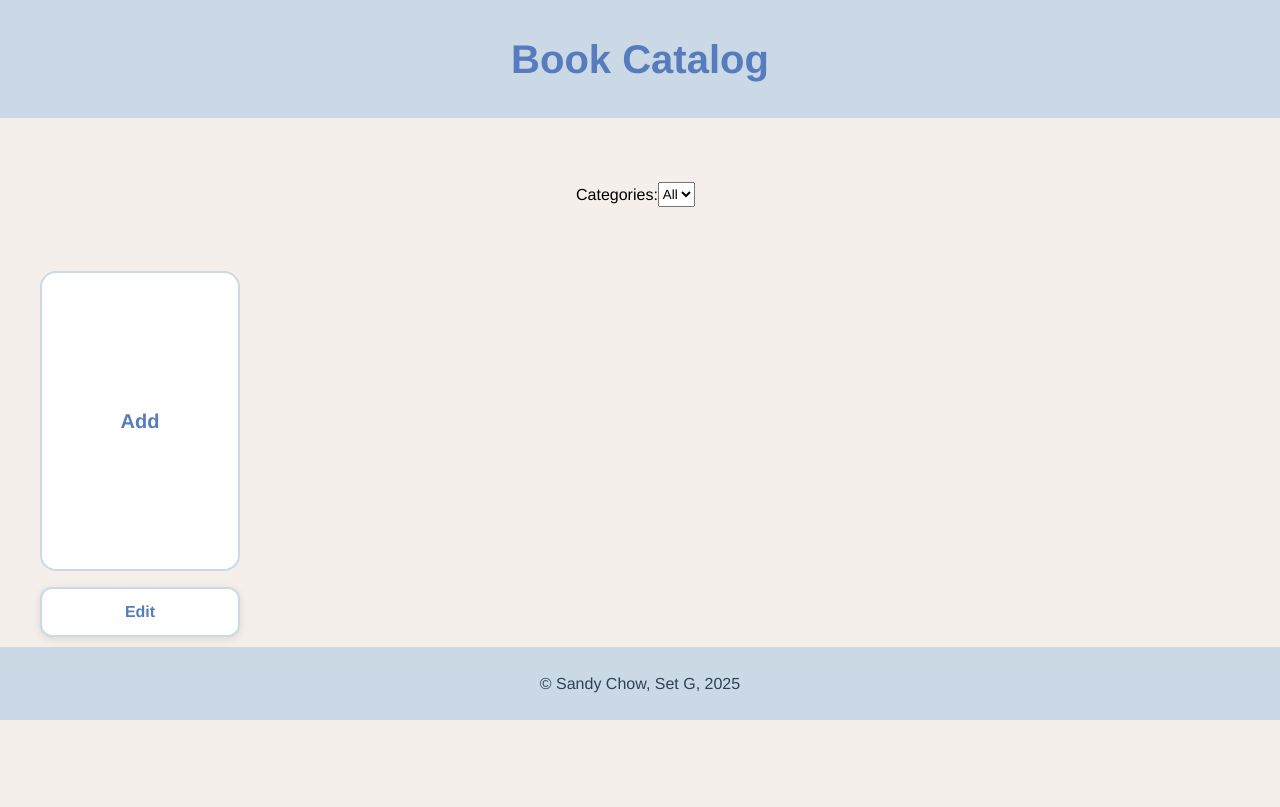
Repository: Bcit-sandy/COMP3170_Lab7
Page: /
The author's editor kept a copy of each file at every save. The page is drawn from the files as they stood at one save, then again after the next save.
The browser window is 1280 px wide. The pictures show the whole page.
The project was rebuilt for these pictures with package versions that can differ from the ones it lists, and the page was loaded fresh each time. Also part of the build but not shown: vite.config.js, src/components/Info.jsx, src/components/Book.jsx.

Above is the page before, as saved 2025-10-25 23:44:08.

### index.html
<!doctype html>
<html lang="en">
  <head>
    <meta charset="UTF-8" />
    <link rel="icon" type="image/svg+xml" href="/vite.svg" />
    <meta name="viewport" content="width=device-width, initial-scale=1.0" />
    <title>Book Catalog App</title>
  </head>
  <body>
    <div id="root"></div>
    <script type="module" src="/src/main.jsx"></script>
  </body>
</html>

### src/main.jsx
import { StrictMode } from 'react';
import { createRoot } from 'react-dom/client';
import './index.css';
import './components/Modal/Modal.css';
import App from './App.jsx';

createRoot(document.getElementById('root')).render(
  <StrictMode>
    <App />
  </StrictMode>,
)

### src/index.css
:root {
  --light-blue-color: #CBD9E6;
  --blue-color: #567cbd;
  --beige-color: #f5efeb;
  --dark-blue-color: #2f4156;
  --white-color: #ffffff;
}

*{
  font-family: Helvetica, sans-serif
}

body {
  margin: 0;
  padding: 0;
  line-height: 1.6;
}

.app-header {
  background-color: var(--light-blue-color);
  min-height: 12vh;
  display: flex;
  flex-direction: column;
  align-items: center;
  justify-content: center;
}

.app-name {
  font-size: 2.5rem;
  color: var(--blue-color);
}

.app-main {
  background: var(--beige-color);
  width: 100%;
  min-height: 70vh;
  display: flex;
  flex-direction: column;
  align-items: center;
  justify-content: center;
  padding: 2rem 0;
  flex-wrap: wrap;
}

.app-main-content {
  background: var(--white-color);
  min-height: 10vh;
  width: 100%;
  display: flex;
  flex-direction: column;
  align-items: center;
  justify-content: center;
  padding: 2rem;
  border-radius: 12px;
  margin: 1rem;
  max-width: 1000px;
  flex-wrap: wrap;
}

.learn-more {
  color: var(--blue-color);
  text-decoration: none;
  transition: all 0.3s ease;
}

.learn-more:hover {
  color: var(--dark-blue-color);
  text-decoration: underline;
}

.app-main-content-text {
  font-size: 16px;
  color: var(--dark-blue-color);
  font-weight: 400;
  text-align: center;
  max-width: 600px;
  line-height: 1.7;
}

.add-button {
  background: var(--white-color);
  color: var(--blue-color);
  border: 2px solid var(--light-blue-color);
  border-radius: 16px;
  width: 200px;
  height: 300px;
  display: flex;
  align-items: center;
  justify-content: center;
  cursor: pointer;
  transition: all 0.3s ease;
  font-size: 1.25rem;
  font-weight: 600;
  box-shadow: 0 4px 12px var(--shadow-light);
  position: relative;
  overflow: hidden;

}

.add-button:hover {
  background-color: var(--blue-color);
  color: var(--white-color);
  box-shadow: 0 4px 15px rgba(0, 0, 0, 0.2);
  transform: translateY(-2px);
}

/* Update and Delete Button Styles */
.update-button,
.delete-button {
  background: var(--white-color);
  color: var(--blue-color);
  border: 2px solid var(--light-blue-color);
  border-radius: 12px;
  width: 200px;
  height: 50px;
  display: flex;
  align-items: center;
  justify-content: center;
  cursor: pointer;
  transition: all 0.3s ease;
  font-size: 1rem;
  font-weight: 600;
  box-shadow: 0 2px 8px rgba(0, 0, 0, 0.1);
  position: relative;
  overflow: hidden;
}

.update-button:hover {
  background-color: var(--blue-color);
  color: var(--white-color);
  border-color: var(--blue-color);
  box-shadow: 0 4px 12px rgba(86, 124, 189, 0.3);
  transform: translateY(-2px);
}

.delete-button {
  background: var(--white-color);
  color: #d32f2f;
  border: 2px solid #ffcdd2;
}

.delete-button:hover {
  background-color: #d32f2f;
  color: var(--white-color);
  border-color: #d32f2f;
  box-shadow: 0 4px 12px rgba(211, 47, 47, 0.3);
  transform: translateY(-2px);
}

.update-button:active,
.delete-button:active {
  transform: translateY(0);
  box-shadow: 0 2px 6px rgba(0, 0, 0, 0.2);
}

.app-content-container {
  display: grid;
  grid-template-columns: 200px 1fr;
  gap: 2rem;
  margin: 2rem auto;
  width: 100%;
  max-width: 1200px;
  padding: 0 1rem;
  margin-bottom: 10vh;
  align-items: start;
  justify-items: start;
  justify-content: center;
}

.add-button-column {
  grid-column: 1;
  grid-row: 1/ -1;
  display: flex;
  flex-direction: column;
  justify-content: center;
  align-items: center;
  gap: 1rem;
}

.button-group {
  display: flex;
  flex-direction: column;
  gap: 1rem;
  align-items: center;
  width: 100%;
}

.books-grid {
  grid-column: 2;
  display: grid;
  grid-template-columns: repeat(auto-fill, minmax(180px, 1fr));
  gap: 2rem;
  width: 100%;
  align-items: start;
  justify-items: start;
}

/* Responsive design --- smaller screens */
@media (max-width: 768px) {
  .app-main-content {
    width: 80%;
  }

  .app-content-container {
    grid-template-columns: auto;
    gap: 1rem;
  }

  .add-button-column {
    grid-row: 1/ -1;
    margin-bottom: 2rem;
  }

  .books-grid {
    grid-template-columns: repeat(auto-fill, minmax(180px, 1fr));
    gap: 2rem;
  }

  .add-button,
  .update-button,
  .delete-button {
    width: 150px;
    height: 45px;
    font-size: 0.9rem;
  }

  .add-button {
    height: 200px;
  }
}

.book-container {
  width: 200px;
  height: 300px;
  display: flex;
  flex-direction: column;
  align-items: center;
  border: none;
  background: var(--white-color);
  border-radius: 12px;
  transition: all 0.3s ease;
  overflow: hidden;
  justify-self: start;
  align-self: start;
}

.book-container:hover {
  transform: translateY(-4px);
  box-shadow: 0 8px 20px rgba(0, 0, 0, 0.15);
}

.book-container {
  cursor: pointer;
  position: relative;
}

.book-selected {
  border: 3px solid var(--blue-color) !important;
  background: var(--light-blue-color) !important;
  transform: translateY(-2px);
  box-shadow: 0 6px 16px var(--dark-blue-color) 50%;
}

.remove-button {
  position: absolute;
  top: 8px;
  right: 8px;
  background: var(--dark-blue-color);
  color: var(--white-color);
  border: none;
  border-radius: 50%;
  width: 25px;
  height: 25px;
  display: flex;
  align-items: center;
  justify-content: center;
  font-size: 16px;
  font-weight: bold;
  cursor: pointer;
  opacity: 0;
  transition: opacity 0.2s ease, background 0.2s ease;
  z-index: 2;
}

.book-container:hover .remove-button {
  opacity: 1;
}

.remove-button:hover {
  background: #d32f2f;
  transform: scale(1.1);
}

.book-cover {
  width: 100%;
  height: 100%;
  position: relative;
  overflow: hidden;
}

.book-cover-image {
  width: 100%;
  height: 100%;
  object-fit: cover;
  transition: transform 0.3s ease;
}

.book-container:hover .book-cover-image {
  transform: scale(1.05);
}

.book-price {
  font-size: 16px;
  background: var(--white-color);
  color: var(--dark-blue-color);
  margin: 0;
  width: 100%;
  height: 10px;
  font-weight: bold;
  text-align: center;
  padding: 0.75rem 0.5rem;
  display: flex;
  align-items: center;
  justify-content: center;
  border-top: 1px solid var(--light-blue-color);
}


.info-container {
  width: 100%;
  height: 50px;
  display: flex;
  align-items: center;
  justify-content: center;
  background: var(--light-blue-color);
  border-top: 1px solid var(--light-blue-color);
}

.info-link {
  font-size: 14px;
  color: var(--blue-color);
  background-color: var(--light-blue-color);
  width: 100%;
  height: 100%;
  font-weight: bold;
  text-decoration: none;
  cursor: pointer;
  transition: all 0.3s ease;
  display: flex;
  align-items: center;
  justify-content: center;
  border-radius: 0 0 12px 12px;
}

.info-link:hover {
  color: var(--dark-blue-color);
  text-decoration: underline;
  font-size: 16px;
}

.app-footer {
  background-color: var(--light-blue-color);
  color: var(--dark-blue-color);
  width: 100%;
  height: 10vh;
  display: flex;
  align-items: center;
  justify-content: center;
  position: fixed;
  bottom: 0;
  left: 0;
  border-top: 1px solid var(--light-blue-color);
  font-weight: 500;
  font-size: 16px;
}

### src/components/Modal/Modal.css
/* Modal dialog base */
dialog {
  border: none;
  border-radius: 16px;
  padding: 3rem;
  width: 100vw;
  max-width:400px;
  background: var(--white-color);
  box-shadow: 0 12px 40px rgba(0, 0, 0, 0.25);
}

/* Backdrop */
dialog::backdrop {
  background: rgba(47, 65, 86, 0.15);
  backdrop-filter: blur(2px);
}

/* Heading */
.new-book-form h2,
.form-container h2 {
  margin: 0 0 1rem 0;
  color: var(--blue-color);
  font-size: 1.5rem;
}

/* Form layout */
.new-book-form,
.form-container form {
  display: flex;
  flex-direction: column;
  gap: 1rem;
}

.new-book-form label,
.form-container .form-control label {
  color: var(--dark-blue-color);
  font-weight: bold;
  margin-bottom: 0.5rem;
}

.new-book-form input,
.form-container .form-control input {
    align-items: center;
    height: 1rem;
    font-size: 1rem;
    width: 100%;
    padding: 0.5rem;
    border: 2px solid var(--light-blue-color);
    border-radius: 10px;
}


/* Button style */
.button-primary,
.btn.primary {
  background: var(--blue-color);
  color: var(--white-color);
  border: 1px solid var(--blue-color);
  border-radius: 10px;
  padding: 0.5rem;
  width:50%;
  font-weight: bold;
  cursor: pointer;
}

.button-primary:hover,
.btn.primary:hover {
  background: var(--dark-blue-color);
}

.button-secondary {
  background: var(--white-color);
  color: var(--blue-color);
  border: 2px solid var(--light-blue-color);
  border-radius: 10px;
  padding: 0.5rem 0.9rem;
  font-weight: bold;
  cursor: pointer;
}

.button-secondary:hover {
  background: var(--blue-color);
  color: var(--white-color);
}

.form-container .form-control {
  display: flex;
  flex-direction: column;
}

/* Small screens */
@media (max-width: 480px) {
  dialog {
    width: 95vw;
    padding: 1.25rem;
  }
}

### src/App.jsx
import { useState } from "react";
import Book from "./components/Book";
import Add from "./components/New";
import Main from "./components/Main";
import data from "../data/books.json";
import Filter from "./components/Filter/Filter";

function App() {
  const [books, setBooks] = useState(data);
  const [selectedBook, setSelectedBook] = useState(null);

  function getBooks(bookData) {
    const isSelected = selectedBook && (selectedBook.isbn13 || selectedBook.title) === (bookData.isbn13 || bookData.title);
    return (
      <Book
        key={bookData.isbn13 || bookData.title}
        data={bookData}
        onSelect={handleBookSelection}
        isSelected={isSelected}
      />
    );
  }

  function handleBookSelection(book) {
    // If clicking the same book that's already selected, unselect it
    if (selectedBook && (selectedBook.isbn13 || selectedBook.title) === (book.isbn13 || book.title)) {
      setSelectedBook(null);
    } else {
      // Otherwise, select the clicked book
      setSelectedBook(book);
    }
  }

  function handleUpdateBook(updatedBook) {
    setBooks(prevBooks =>
      prevBooks.map(book =>
        (book.isbn13 || book.title) === (updatedBook.isbn13 || updatedBook.title)
          ? updatedBook
          : book
      )
    );
    setSelectedBook(updatedBook);
  }

  function handleDeleteBook() {
    if (selectedBook) {
      setBooks(prevBooks => prevBooks.filter(book =>
          (book.isbn13 || book.title) !== (selectedBook.isbn13 || selectedBook.title)
        ));
        setSelectedBook(null);
    } else {
      alert("Please select a book to delete");
    }
  }

  function handleAddBook(newBook) {
    setBooks(prevBooks => [...prevBooks, newBook]);
  }

  const categories = [...new Set(books.map(book => book.category))];

  return (
    <div>
      <header className="app-header">
       <h1 className="app-name">Book Catalog</h1>
      </header>

      <main className="app-main">
        <Filter categories={categories} />
        <div className="app-content-container">
          <div className="add-button-column">
            <Add
              onDelete={handleDeleteBook}
              onAddBook={handleAddBook}
              book={selectedBook}
              update={handleUpdateBook}
            />
          </div>
          <Main>
            {books.map(getBooks)}
          </Main>
        </div>
      </main>

      <footer className="app-footer">
        <p>&copy; Sandy Chow, Set G, 2025</p>
      </footer>
    </div>

  )
}

export default App;

### src/components/New.jsx
import Modal from "./Modal/Modal";
import BookForm from "./Bookform";

function Add ({ onDelete, onAddBook, book, update }) {
  return (
    <div className="button-group">
      <Modal btnLabel="Add" btnClassName="add-button">
        <BookForm onAddBook={onAddBook} />
      </Modal>

      <Modal btnLabel="Edit" btnClassName="update-button">
        <BookForm book={book} add={update} onAddBook={onAddBook}/>
      </Modal>

      <button
        className="delete-button"
        onClick={onDelete}
        title="Delete selected book"
      >
        Delete
      </button>
    </div>
  )
}

export default Add

### src/components/Main.jsx
export default function Main({children}) {
    return (
        <main className="books-grid">
            {children}
        </main>
    );
}

### data/books.json
    [
]

### src/components/Filter/Filter.jsx
import "./Filter.css";
import { useState } from "react";
function Filter({ categories = [] }) {
    const [filter, setFilter] = useState('');
    return (
        <div className="filter-container">
            Categories:
            <select
                value={filter}
                onChange={(e) => setFilter(e.target.value)}>
                <option value=''>All</option>
                {[...categories].map((category) => (
                    <option value={category}>{category}</option>
                ))}
            </select>
        </div>
    );
}

export default Filter;

### src/components/Modal/Modal.jsx
import { useRef } from 'react';

function Modal({ btnLabel, btnClassName, children }) {

    const modalRef = useRef();

    function openModal() {
        modalRef.current.showModal();
    }

    function closeModal() {
        modalRef.current.close();
    }

    return (
        <>
            <button onClick={openModal} className={btnClassName}>{btnLabel}</button>
            <dialog ref={modalRef}>
                {children}
            </dialog>
        </>
    );

}

export default Modal;

### src/components/Bookform.jsx
import { useState } from "react";
import { nanoid } from "nanoid";

function BookForm({book, add, onAddBook}) {
    const [formData, setFormData] = useState({
        title: book?.title || '',
        author: book?.author || '',
        publisher: book?.publisher || '',
        year: book?.year || '',
        language: book?.language || '',
        pages: book?.pages || '',
        image: book?.image || ''
    });

    function handleChange(e) {
        const { name, value } = e.target;
        setFormData(prev => ({
            ...prev,
            [name]: value
        }));
    }

    function handleSubmit(e) {
        e.preventDefault();

        if (book) {
            // Edit mode - update existing book
            const updatedBook = {
                ...book,
                title: formData.title,
                author: formData.author,
                publisher: formData.publisher,
                year: formData.year,
                language: formData.language,
                pages: formData.pages,
                image: formData.image
            };
            add(updatedBook);
        } else {
            // Add mode - create new book
            const newBook = {
                title: formData.title,
                author: formData.author,
                publisher: formData.publisher,
                year: formData.year,
                language: formData.language,
                pages: formData.pages,
                image: formData.image,
                url: '#',
                isbn13: nanoid(),
                selected: false
            };
            if (onAddBook) {
                onAddBook(newBook);
            }
        }

        // Close modal
        const modal = document.querySelector('dialog[open]');
        if (modal) {
            modal.close();
        }

        // Reset form
        setFormData({
            title: '',
            author: '',
            publisher: '',
            year: '',
            language: '',
            pages: '',
            image: ''
        });
    }

    return (
        <div className="form-container">
            <h2> {book ? 'Edit book' : 'Add a new book'} </h2>
            <form onSubmit={handleSubmit}>
                <div className="form-control">
                    <label htmlFor="title"> Title </label>
                    <input
                        type="text"
                        name="title"
                        placeholder="Title..."
                        value={formData.title}
                        onChange={handleChange}
                    />
                </div>

                <div className="form-control">
                    <label htmlFor="author"> Author </label>
                    <input
                        type="text"
                        name="author"
                        placeholder="Author..."
                        value={formData.author}
                        onChange={handleChange}
                    />
                </div>

                <div className="form-control">
                     <label htmlFor="publisher"> Publisher </label>
                    <input
                        type="text"
                        name="publisher"
                        placeholder="Publisher..."
                        value={formData.publisher}
                        onChange={handleChange}
                    />
                </div>

                <div className="form-control">
                     <label htmlFor="year"> Publication Year </label>
                    <input
                        type="number"
                        name="year"
                        placeholder="Publication Year..."
                        value={formData.year}
                        onChange={handleChange}
                        min="1000"
                        max="2025"
                    />
                </div>

                <div className="form-control">
                     <label htmlFor="language"> Language </label>
                    <input
                        type="text"
                        name="language"
                        placeholder="Language..."
                        value={formData.language}
                        onChange={handleChange}
                    />
                </div>

                <div className="form-control">
                     <label htmlFor="pages"> Pages </label>
                    <input
                        type="number"
                        name="pages"
                        placeholder="Pages..."
                        value={formData.pages}
                        onChange={handleChange}
                        min="1"
                    />
                </div>

                <div className="form-control">
                     <label htmlFor="image"> Image URL </label>
                    <input
                        type="url"
                        name="image"
                        placeholder="https://..."
                        value={formData.image}
                        onChange={handleChange}
                    />
                </div>

                <button className="btn primary" type="submit">
                    {book ? 'Update' : 'Submit'}
                </button>
            </form>
        </div>
    );
}

export default BookForm;

### src/components/Filter/Filter.css
.filter-container {
    display: flex;
    flex-direction: row;
    align-items: left;
    justify-content: left;
    padding: 2rem 0;
    background-color: var(--beige-color);
    width: 10%;
}

After the next save:
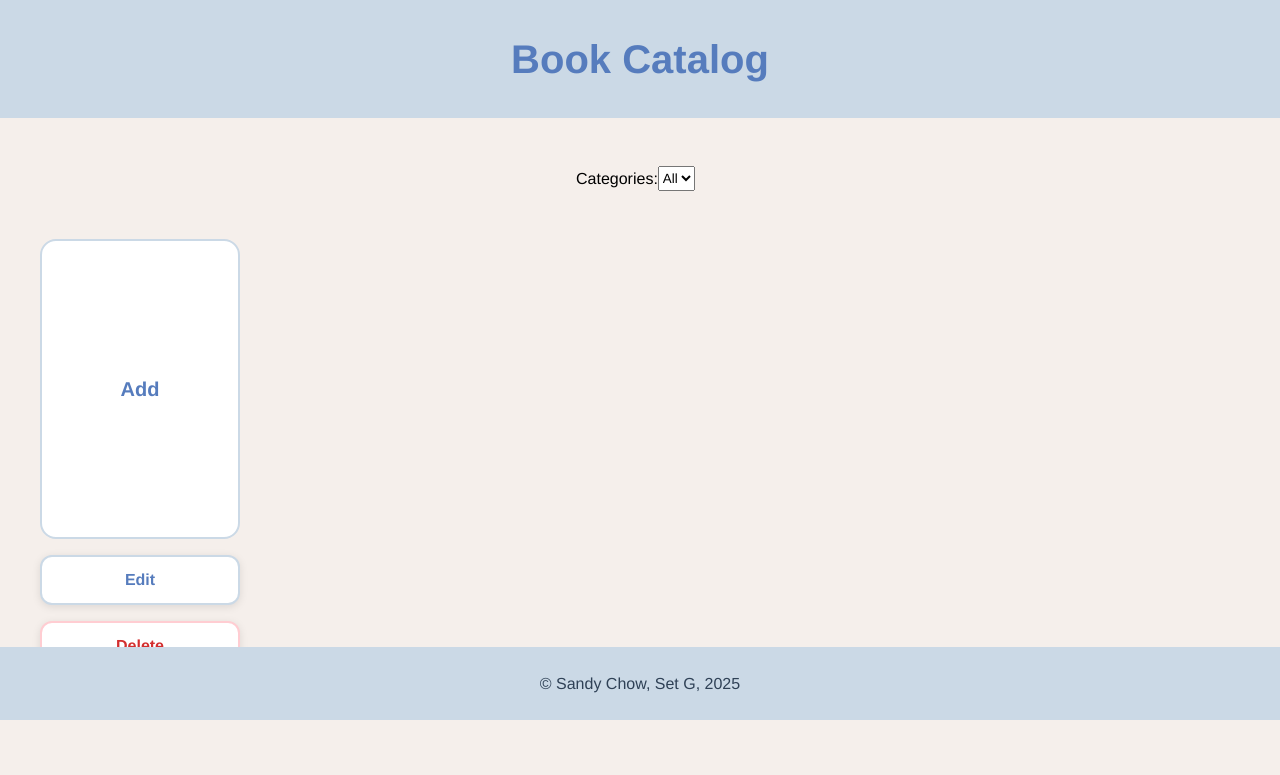
Saved 5 s later.
--- a/src/components/Filter/Filter.css
+++ b/src/components/Filter/Filter.css
@@ -3,7 +3,7 @@
     flex-direction: row;
     align-items: left;
     justify-content: left;
-    padding: 2rem 0;
+    padding: 1rem 0;
     background-color: var(--beige-color);
     width: 10%;
 }
